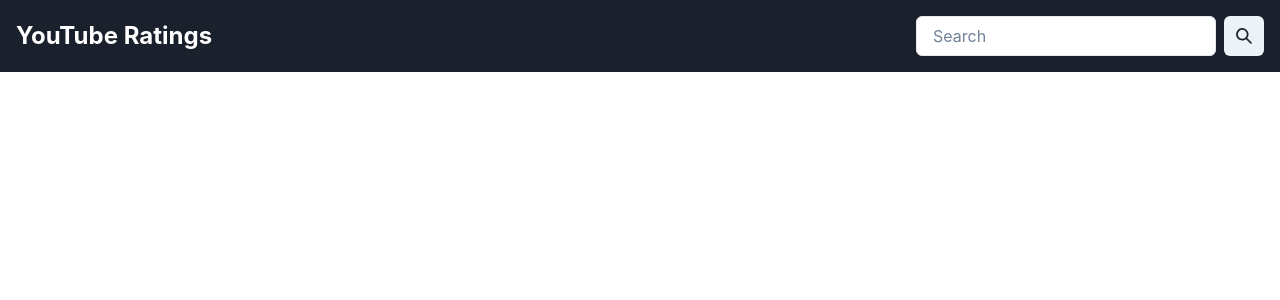
Repository: JuniorDevChris/YouTube-Engagement-Metrics
Page: /
The author's editor kept a copy of each file at every save. The page is drawn from the files as they stood at one save, then again after a run of saves.
The browser window is 1280 px wide. The pictures show the whole page.
The project was rebuilt for these pictures with package versions that can differ from the ones it lists, and the page was loaded fresh each time. Also part of the build but not shown: vite.config.ts, src/components/VideoCard.tsx, src/App.css.

Above is the page before, as saved 2024-07-16 23:00:00.

After the next 5 saves:
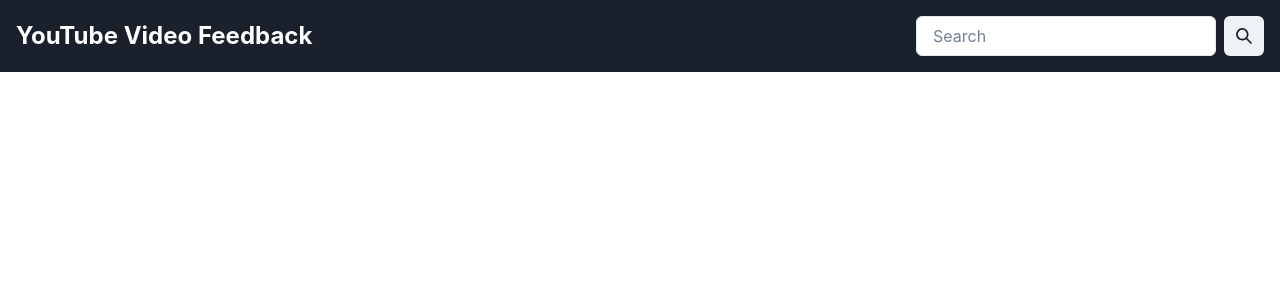
The 5 saves are shown as one change because they came seconds apart.
The last was saved 11 s later.
--- a/src/components/Navbar.tsx
+++ b/src/components/Navbar.tsx
@@ -28,7 +28,7 @@ const Navbar: React.FC<NavbarProps> = ({ query, setQuery, fetchVideos }) => {
       zIndex="1000"
     >
       <Box fontSize="2xl" fontWeight="bold">
-        YouTube Ratings
+        YouTube Video Feedback
       </Box>
       <Spacer />
       <Box display="flex">
